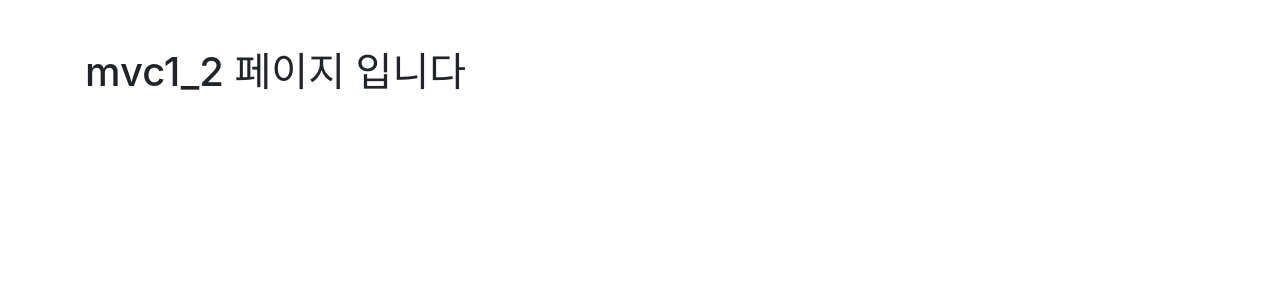
Repository: jaybon1/clone1
Page: http://localhost/sat0613/mvc06_2.jsp
The author's editor kept a copy of each file at every save. The page is drawn from the files as they stood at one save, then again after the next save.
The browser window is 1280 px wide. The pictures show the whole page.
The page is served by Tomcat 9.

Above is the page before, as saved 2020-06-10 16:03:11.

### sat0613/WebContent/mvc06_2.jsp
<%@ page language="java" contentType="text/html; charset=UTF-8"
	pageEncoding="UTF-8"%>
<!DOCTYPE html>
<html>
<head>
<meta charset="UTF-8">
<link rel="stylesheet" href="https://maxcdn.bootstrapcdn.com/bootstrap/4.5.0/css/bootstrap.min.css">
<script src="https://ajax.googleapis.com/ajax/libs/jquery/3.5.1/jquery.min.js"></script>
<script src="https://cdnjs.cloudflare.com/ajax/libs/popper.js/1.16.0/umd/popper.min.js"></script>
<script src="https://maxcdn.bootstrapcdn.com/bootstrap/4.5.0/js/bootstrap.min.js"></script>
<title>Insert title here</title>
</head>
<body>
	<div class="container">
		<br />
		<br />
		<h1>mvc1_2 페이지 입니다</h1>
	</div>
</body>
</html>

After the next save:
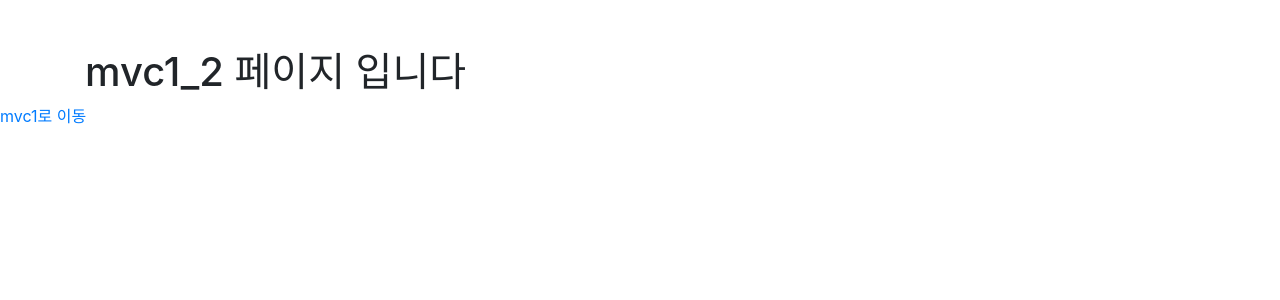
Saved 63 s later.
--- a/sat0613/WebContent/mvc06_2.jsp
+++ b/sat0613/WebContent/mvc06_2.jsp
@@ -16,5 +16,7 @@
 		<br />
 		<h1>mvc1_2 페이지 입니다</h1>
 	</div>
+
+	<a href="mvc02_1.jsp">mvc1로 이동</a>
 </body>
 </html>
